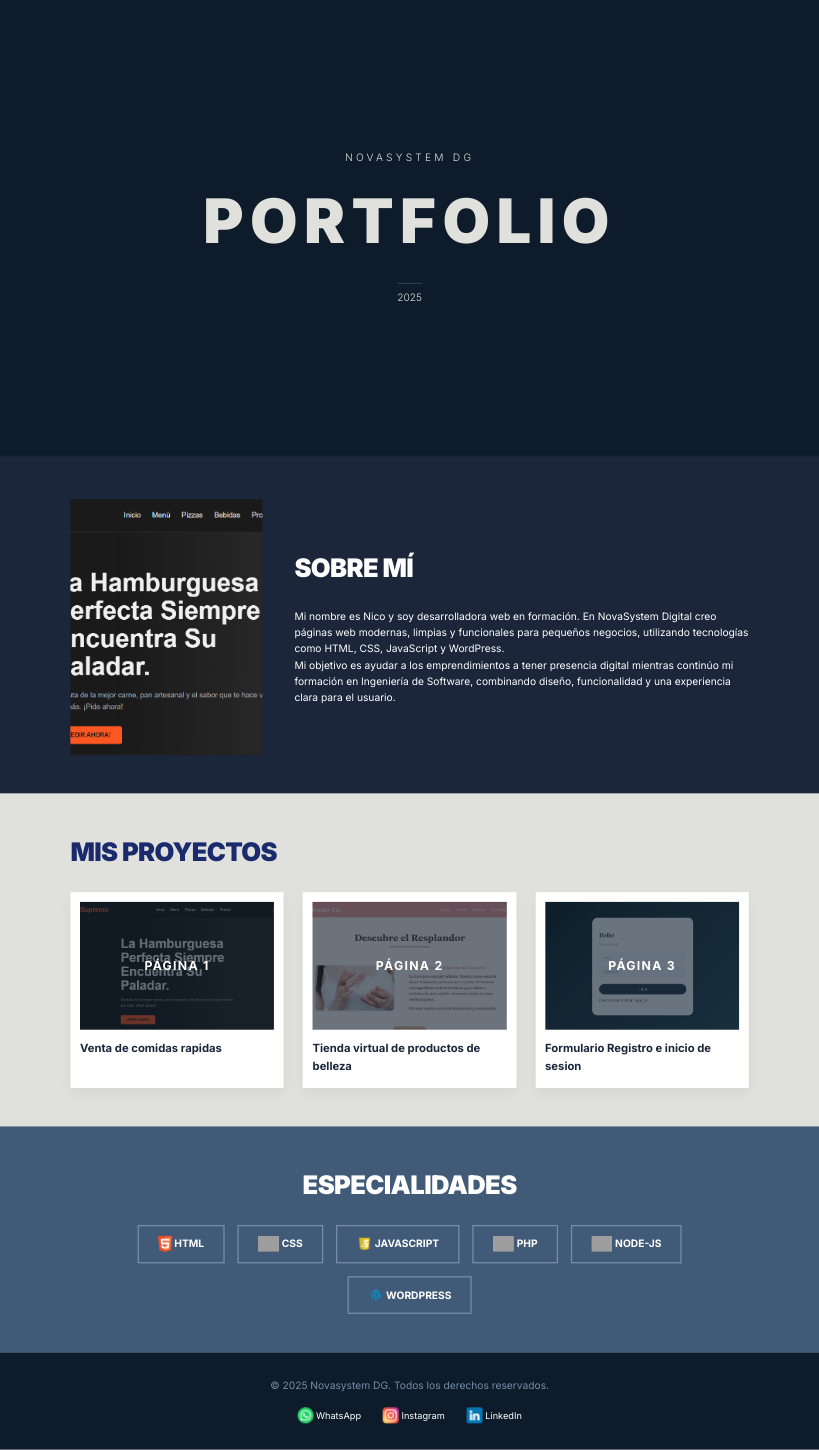
Repository: NovaSystem-DG/Portafolio
Page: index.html
An editor plug-in stored every save of this project. The page is shown before and after the next save, followed by the edit.
The browser window is 1280 px wide. The pictures show the whole page, at 64% of full size.
Pictures or frames that could not be fetched are drawn as grey boxes.

Above is the page before, as saved 2026-01-09 18:36:44.

After the next save:
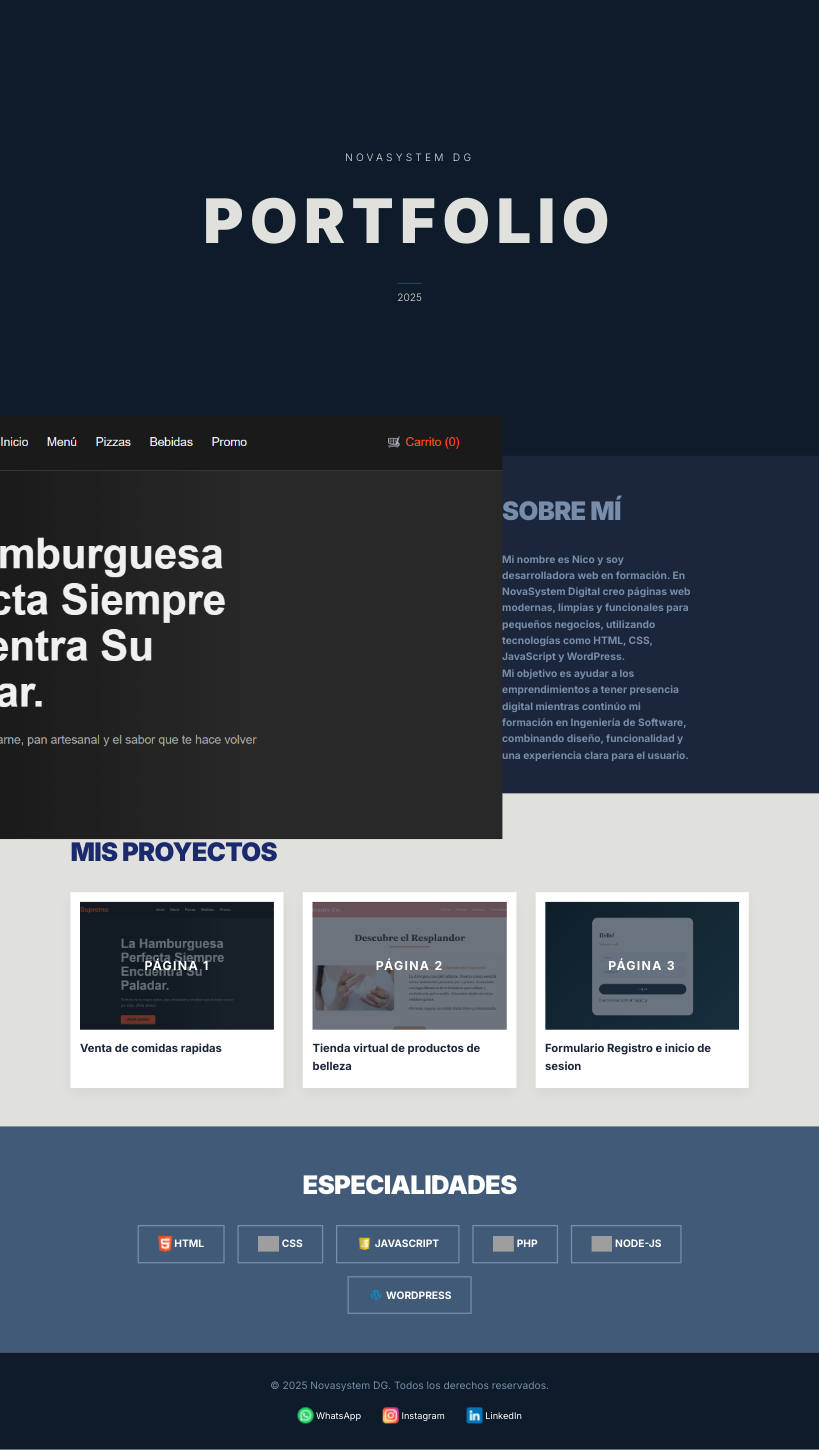
Saved 38 s later.
--- a/index.html
+++ b/index.html
@@ -22,7 +22,7 @@
     <section class="about-section">
         <div class="container about-flex">
             <div class="photo-placeholder">
-                 <img src="assets/img/Comida.png" alt="Vista previa proyecto 1" class="project-img">
+                 <img src="assets/img/Comida.png" alt="Vista previa proyecto 1"
             </div>
             <div class="about-text">
                 <h2>SOBRE MÍ</h2>

After the save that followed:
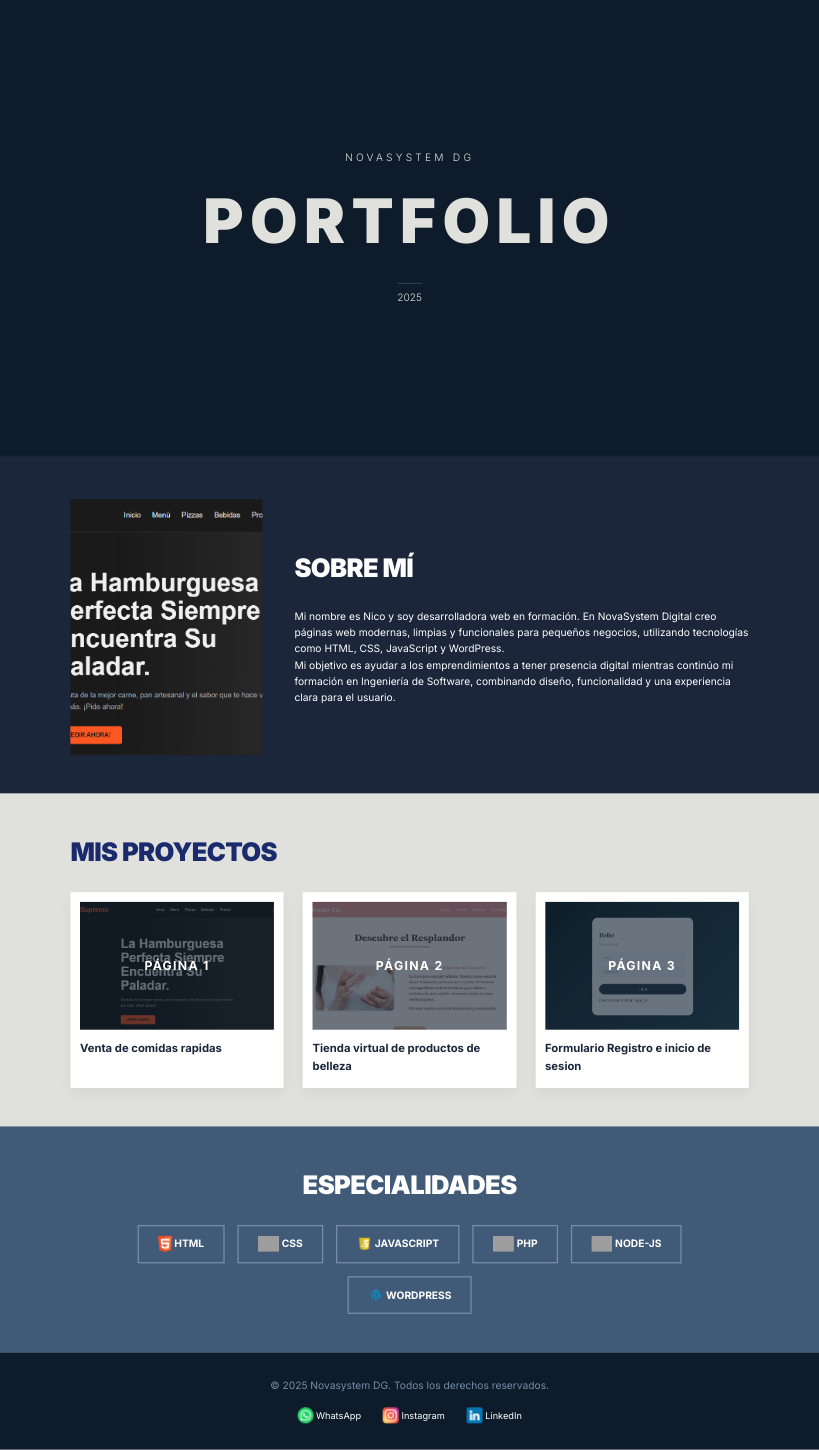
Saved 7 s later.
--- a/index.html
+++ b/index.html
@@ -22,7 +22,7 @@
     <section class="about-section">
         <div class="container about-flex">
             <div class="photo-placeholder">
-                 <img src="assets/img/Comida.png" alt="Vista previa proyecto 1"
+                 <img src="assets/img/Comida.png" alt="Vista previa proyecto 1" class="project-img">
             </div>
             <div class="about-text">
                 <h2>SOBRE MÍ</h2>
